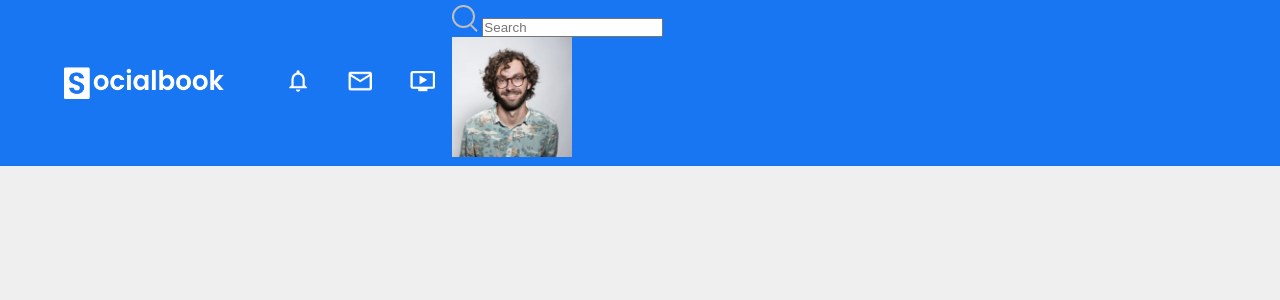
Repository: eeoooo/MINI-PROJECTS-HTML-CSS
Page: 220524-SocialMediaWebsite/index.html
The author's editor kept a copy of each file at every save. The page is drawn from the files as they stood at one save, then again after a run of saves.
The browser window is 1280 px wide. The pictures show the whole page.

Above is the page before, as saved 2022-05-24 22:20:10.

### 220524-SocialMediaWebsite/index.html
<!DOCTYPE html>
<html lang="en">
<head>
    <meta charset="UTF-8">
    <meta http-equiv="X-UA-Compatible" content="IE=edge">
    <meta name="viewport" content="width=device-width, initial-scale=1.0">
    <link rel="stylesheet" href="style.css">
    <link rel="icon" type="image/ico" href="/images/title-icon.png">
    <title>Social Media Web</title>
</head>
<body>

    <nav>
        <div class="nav-left">
            <img src="/images/logo.png" alt="" class="logo">
            <ul>
                <li><img src="/images/notification.png" alt=""></li>
                <li><img src="/images/inbox.png" alt=""></li>
                <li><img src="/images/video.png" alt=""></li>
            </ul>
        </div>
        <div class="nav-right">
            <div class="search-box">
                <img src="/images/search.png" >
                <input type="text" placeholder="Search">
            </div>
            <div class="nav-user-icon">
                <img src="/images/profile-pic.png">
            </div>
        </div>
    </nav>

</body>
</html>

### 220524-SocialMediaWebsite/style.css
* {
  margin: 0;
  padding: 0;
  font-family: "poppins", sans-serif;
}
body {
  background: #efefef;
}
nav {
  display: flex;
  align-items: center;
  justify-contnet: space-between;
  background: #1876f2;
  padding: 5px 5%;
}
.logo {
  width: 160px;
  margin-right: 45px;
}
.nav-left {
  display: flex;
  align-items: center;
}
.nav-left ul li {
  list-style: none;
  display: inline-block;
}
.nav-left ul li img {
  width: 28px;
  margin: 0 15px;
}

After the next 2 saves:
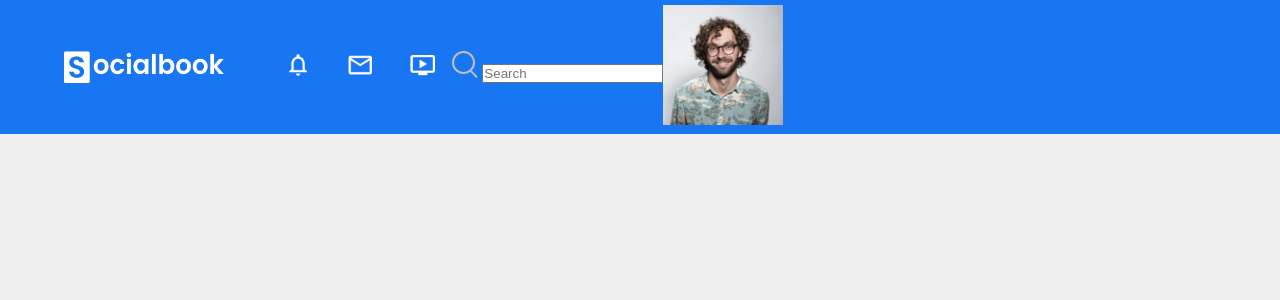
The 2 saves are shown as one change because they came seconds apart.
The last was saved 22 s later.
--- a/220524-SocialMediaWebsite/style.css
+++ b/220524-SocialMediaWebsite/style.css
@@ -17,7 +17,8 @@
   width: 160px;
   margin-right: 45px;
 }
-.nav-left {
+.nav-left,
+.nav-right {
   display: flex;
   align-items: center;
 }
